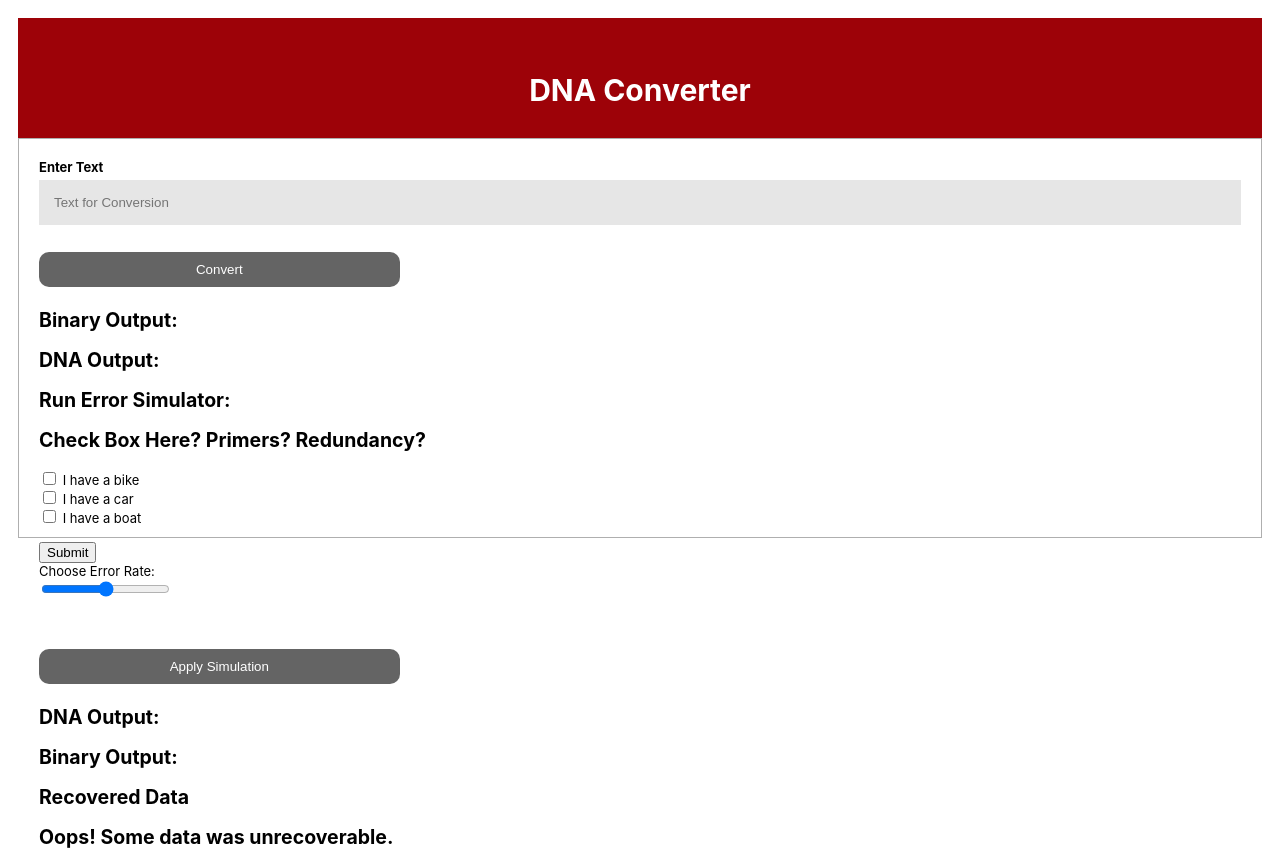
Repository: komalharjani/MSc-Thesis-DNA-Storage
Page: index.html
These files come from the project's save history. The page is drawn as it stood at one moment and after the next save; the edit follows.
The browser window is 1280 px wide. The pictures show the whole page.

Above is the page before, as saved 2020-08-16 21:57:53.

After the next save:
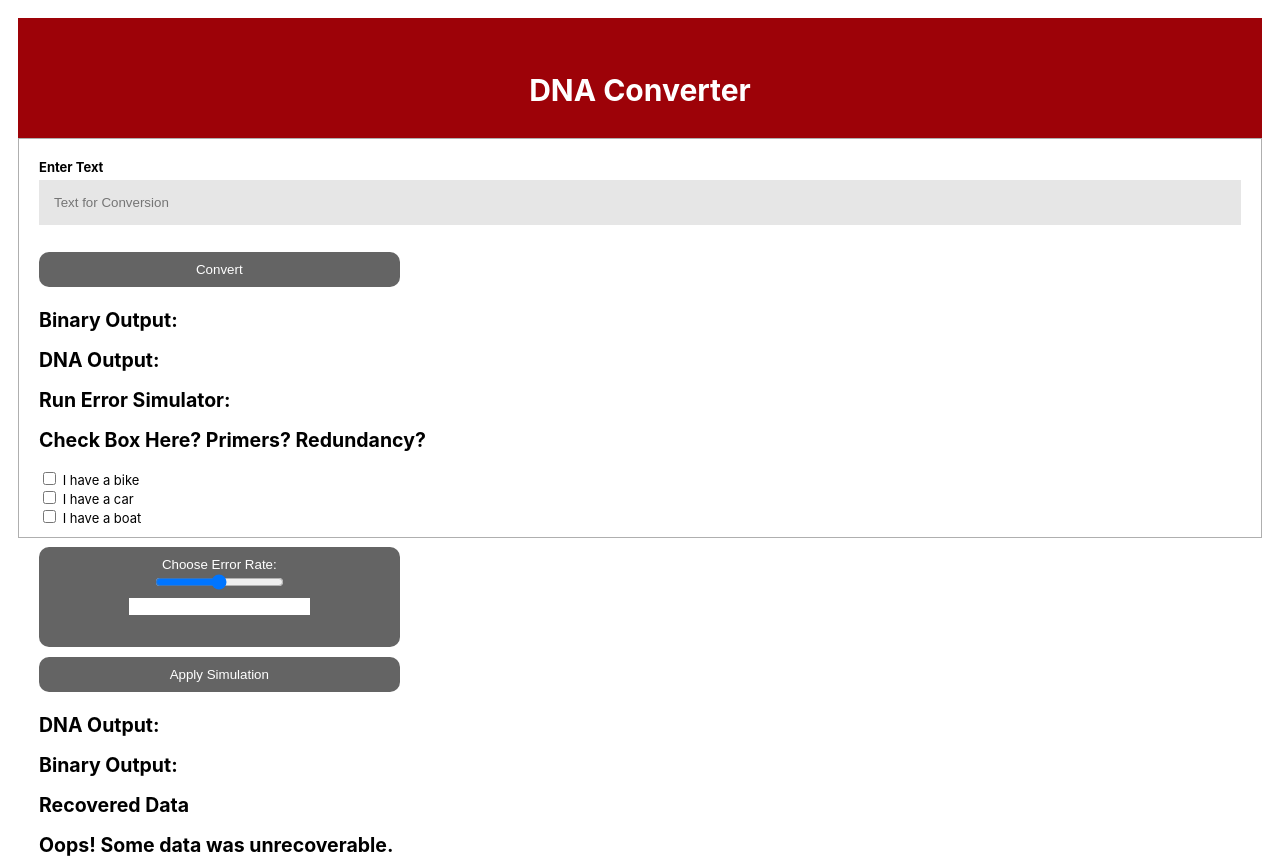
Saved 46 s later.
--- a/index.html
+++ b/index.html
@@ -27,7 +27,7 @@
                 <label for="vehicle2"> I have a car</label><br>
                 <input type="checkbox" id="vehicle3" name="vehicle3" value="Boat">
                 <label for="vehicle3"> I have a boat</label><br><br>
-                <input type="submit" value="Submit">
+                <button type="submit" value="Submit">
               </form>
 
 

After the save that followed:
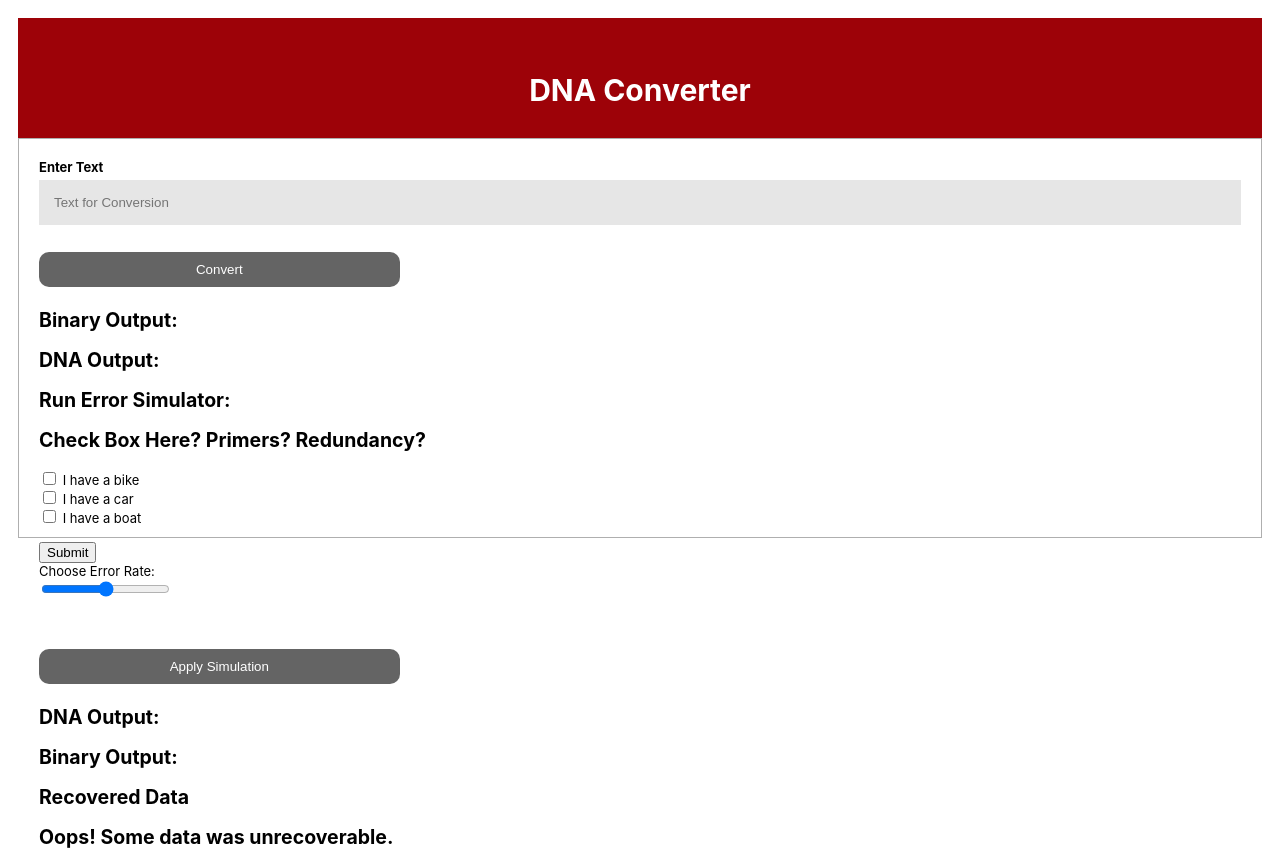
Saved 7 s later.
--- a/index.html
+++ b/index.html
@@ -21,14 +21,14 @@
             <h2>Run Error Simulator:</h2>
             <h2>Check Box Here? Primers? Redundancy?</h2>
             <form action="/action_page.php">
-                <input type="checkbox" id="vehicle1" name="vehicle1" value="Bike">
-                <label for="vehicle1"> I have a bike</label><br>
-                <input type="checkbox" id="vehicle2" name="vehicle2" value="Car">
-                <label for="vehicle2"> I have a car</label><br>
-                <input type="checkbox" id="vehicle3" name="vehicle3" value="Boat">
-                <label for="vehicle3"> I have a boat</label><br><br>
-                <button type="submit" value="Submit">
-              </form>
+  <input type="checkbox" id="vehicle1" name="vehicle1" value="Bike">
+  <label for="vehicle1"> I have a bike</label><br>
+  <input type="checkbox" id="vehicle2" name="vehicle2" value="Car">
+  <label for="vehicle2"> I have a car</label><br>
+  <input type="checkbox" id="vehicle3" name="vehicle3" value="Boat">
+  <label for="vehicle3"> I have a boat</label><br><br>
+  <input type="submit" value="Submit">
+</form>
 
 
 
